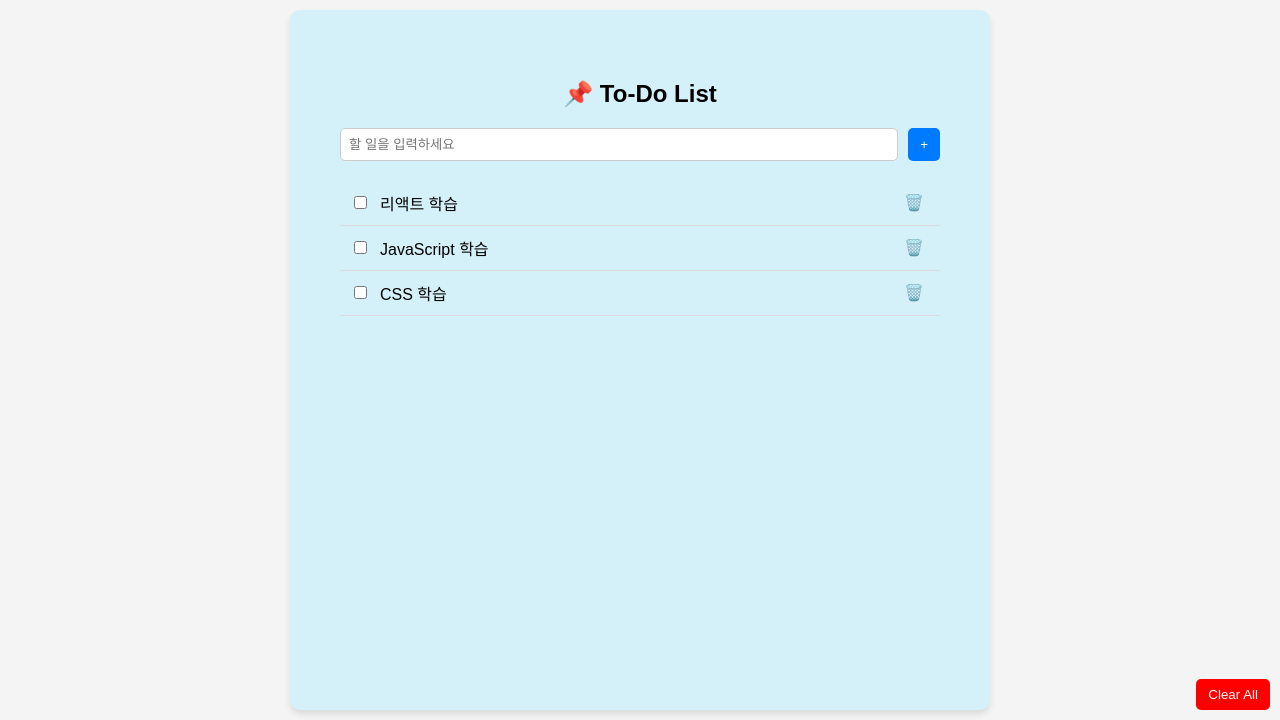
Repository: jongheonleee/todo-list
Page: /
An editor plug-in stored every save of this project. The page is shown before and after the next save, followed by the edit.
The browser window is 1280 px wide. The pictures show the whole page.
The project was rebuilt for these pictures with package versions that can differ from the ones it lists, and the page was loaded fresh each time.

Above is the page before, as saved 2025-02-20 13:19:41.

### src/App.js

import React from "react";
import { useState } from "react";
import "./App.css";
import InputForm from "./components/InputForm";
import ToDoList from "./components/ToDoList";


const App = () => {
  // 해당 컴포넌트에서 관리해야할 필드값 정의

  // 기본적으로 보여줄 리스트
  const [ id, setId ] = useState(''); // 특정 아잉템에 해당하는 id
  const [ items, setItems ] = useState([{ id : 1,   text : "리액트 학습",       done : false},
                                        { id : 2,   text : "JavaScript 학습", done : false},
                                        { id : 3,   text : "CSS 학습",        done : false}]); // 기본적으로 보여줄 items
  const [ text, setText ] = useState('');
  const [ done, setDone ] = useState(false);

  // 해당 컴포넌트에서 관리하는 필드값을 핸들링하는 함수 정의

  // 삭제 버튼 누르면 해당 아이템을 삭제함
  const handleDelete = (id) => {
    // 삭제 버튼 누르면 해당 아이템을 삭제함

    // - 사용자가 누른 아이템의 id가 현재 배열에 있는지 확인
    // - 해당 id에 대응되는 아이템이 있으면 해당 아이템을 제거한다
    const newItems = items.filter(item => item.id !== id);

    // 알림창 띄우기
    notify('Item deleted successfully');

    // - items를 업데이트한다
    setItems(newItems);

    // - id를 초기화한다.
    setId(-1);

  };

  const handleSubmit = (e) => {
    // 입력 폼을 입력하고 추가 버튼을 누르면 새로운 아이템을 등록함

    // - 리프레시 방지
    e.preventDefault();

    // - 작성한 타이틀 유효성 검증
    if (!isValidText(text)) {
      notify('please enter a right text');
      return;
    }

    // - 아이템 등록 처리
    const newItem = {id : crypto.randomUUID(), text: text, done: false};

    // - 아이템 배열에 추가
    const newItems = [...items, newItem];
    setItems(newItems);

    // - 아이템 추가되었음을 알림
    notify('Item added successfully');

    // - 초기화
    setId('');
    setText('');
    setDone(false);
  };


  const handleText = (e) => {
    // todo-item 타이틀 작성시 상태 변경
    setText(e.target.value);
  }


  const clearItems = () => {
    // 모든 아이템을 지움
    const newItems = [];
    setItems(newItems);
  }

  // 특정 작업 수행시 알림창 띄우기
  const notify = (message) =>  {
      alert(message);
  }

  // 아이템 유효성 검증
  const isValidText = (text) => {
    return text !== null && text.length > 0;
  }

  // 렌더링할 페이지 형태
  return (
    <div className="container">
      <div className="sub-container">
        <h2>📌 To-Do List</h2>
          {/* 입력 부분  */}
          <InputForm
            handleSubmit={handleSubmit}
            handleText={handleText}
          />

          {/* todo-list 부분 */}
          <ToDoList
            items={items}
            handleDelete={handleDelete}
          />

            {/* 모두 삭제 처리 */}
          <button
            onClick={clearItems}
            className="clear-btn"
          >
          Clear All
          </button>
      </div>

    </div>
  );
}

export default App;

### src/App.css
/* styles.css */
.container {
  font-family: Arial, sans-serif;
  background-color: #f4f4f4;
  display: flex;
  justify-content: center;
  align-items: center;
  height: 100vh;
  margin: 0;
}

.sub-container {
  background-color: #D4F1F9;
  padding: 50px;
  border-radius: 10px;
  box-shadow: 0 4px 6px rgba(0, 0, 0, 0.1);
  width: 600px;
  height: 600px;
}

h2 {
  text-align: center;
  margin-bottom: 20px;
}

.input-area {
  display: flex;
  gap: 10px;
}

input[type="text"] {
  flex: 1;
  padding: 8px;
  border: 1px solid #ccc;
  border-radius: 5px;
}

.add-btn {
  background: #007bff;
  color: white;
  border: none;
  padding: 8px 12px;
  cursor: pointer;
  border-radius: 5px;
}

.add-btn:hover {
  background: #0056b3;
}

.todo-list {
  list-style: none;
  padding: 0;
  margin-top: 20px;
}

.todo-list li {
  display: flex;
  justify-content: space-between;
  align-items: center;
  padding: 10px;
  border-bottom: 1px solid #ddd;
}

.todo-item {
  display: flex;
  align-items: center;
  gap: 10px;
}

.delete-btn {
  background: none;
  border: none;
  color: red;
  cursor: pointer;
  font-size: 16px;
}

.delete-btn:hover {
  color: darkred;
}

.clear-btn {
  background: red;
  color: white;
  border: none;
  padding: 8px 12px;
  cursor: pointer;
  border-radius: 5px;
  position: absolute; /* 부모 컨테이너를 기준으로 위치 설정 */
  right: 10px; /* 오른쪽에서 10px 간격 */
  bottom: 10px; /* 아래쪽에서 10px 간격 */

}

### src/components/InputForm.js
import React from "react";
import "./InputForm.css";

const InputForm = ({ handleSubmit, handleText }) => {
    return (
        <form
            className="input-area"
            onSubmit={handleSubmit}
        >
            <input
                type="text"
                placeholder="할 일을 입력하세요"
                onChange={handleText}
            />
            <button
                type="submit"
                className="add-btn"
            >
            +
            </button>
        </form>
    );
}

export default InputForm;

### src/components/ToDoList.js
import React from "react";
import ToDoItem from "./ToDoItem";
import "./ToDoList.css"

const ToDoList = ({ items, handleDelete }) => {
    return (
        <ul className="todo-list">
            {
                items.map(item => {
                    return (
                        <ToDoItem
                            id={item.id}
                            text={item.text}
                            done={item.done}
                            handleDelete={handleDelete}
                        />
                    )
                })
            }
            {/* <li>
                <div className="todo-item">
                    <input type="checkbox" />
                    <span>리액트 학습</span>
                </div>
                <button className="delete-btn">🗑️</button>
            </li> */}
          {/* <li>
            <div className="todo-item">
              <input type="checkbox" />
              <span>JavaScript 학습</span>
            </div>
            <button className="delete-btn">🗑️</button>
          </li>
          <li>
            <div className="todo-item">
              <input type="checkbox" />
              <span>CSS 학습</span>
            </div>
            <button className="delete-btn">🗑️</button>
          </li> */}
        </ul>
    )
}

export default ToDoList;

### src/components/InputForm.css
.input-area {
    display: flex;
    gap: 10px;
}

input[type="text"] {
    flex: 1;
    padding: 8px;
    border: 1px solid #ccc;
    border-radius: 5px;
}

.add-btn {
    background: #007bff;
    color: white;
    border: none;
    padding: 8px 12px;
    cursor: pointer;
    border-radius: 5px;
}

.add-btn:hover {
    background: #0056b3;
}

### src/components/ToDoItem.js
import React from "react";
import "./ToDoItem.css"

// item은 3가지 필드를 지님
// - id, text, done
const ToDoItem = ({ id, text, done, handleDelete }) => {
    return (
        <li>
            <div
                id={id}
                className="todo-item"
            >
                <input type="checkbox" />
                <span>{done ? <del>text</del> : text}</span>
            </div>
            <button className="delete-btn" onClick={() => handleDelete(id)}>🗑️</button>
        </li>
    )
}

export default ToDoItem;

### src/components/ToDoList.css
.todo-list {
    list-style: none;
    padding: 0;
    margin-top: 20px;
}

.todo-item li {
    display: flex;
    justify-content: space-between;
    align-items: center;
    padding: 10px;
    border-bottom: 1px solid #ddd;
}

.todo-item {
    display: flex;
    align-items: center;
    gap: 10px;
}

.delete-btn {
    background: none;
    border: none;
    color: red;
    cursor: pointer;
    font-size: 16px;
}

.delete-btn:hover {
    color: darkred;
}

### src/components/ToDoItem.css
.todo-item li {
    display: flex;
    justify-content: space-between;
    align-items: center;
    padding: 10px;
    border-bottom: 1px solid #ddd;
}

.todo-item {
    display: flex;
    align-items: center;
    gap: 10px;
}

.delete-btn {
    background: none;
    border: none;
    color: red;
    cursor: pointer;
    font-size: 16px;
}

.delete-btn:hover {
    color: darkred;
}

Loaded but not shown: public/index.html (common file); src/index.js (common file); src/index.css (common file); src/reportWebVitals.js (common file)

After the next save:
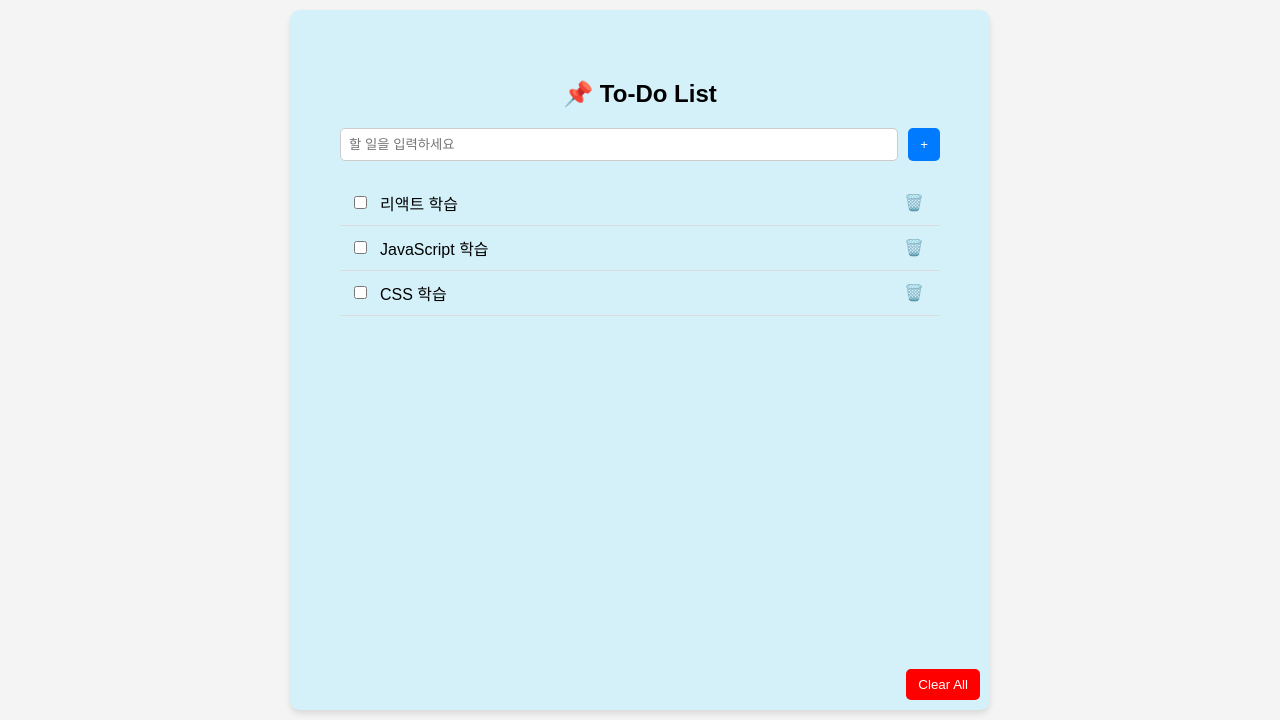
Saved 14 s later.
--- a/src/App.css
+++ b/src/App.css
@@ -10,6 +10,7 @@
 }
 
 .sub-container {
+  position: relative; /* 부모 요소를 기준으로 위치 설정 */
   background-color: #D4F1F9;
   padding: 50px;
   border-radius: 10px;
